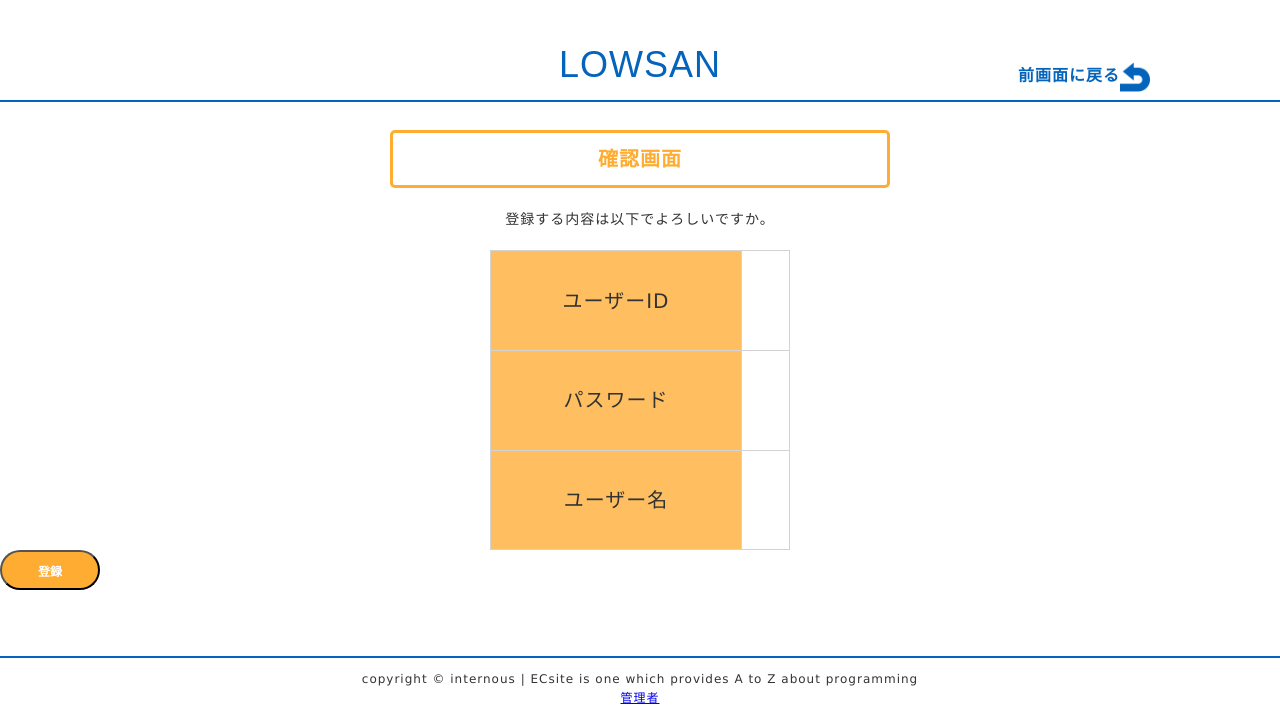
Repository: nishimura0212/myECsite
Page: http://localhost/ecsite/userCreateConfirm.jsp
The author's editor kept a copy of each file at every save. The page is drawn from the files as they stood at one save, then again after the next save.
The browser window is 1280 px wide. The pictures show the whole page.
The page is served by Tomcat 9. Other server files are loaded and not shown.

Above is the page before, as saved 2019-01-19 10:03:50.

### ecsite/WebContent/userCreateConfirm.jsp
<%@ page language="java" contentType="text/html; charset=UTF-8"
    pageEncoding="UTF-8"%>
<%@ taglib prefix="s" uri="/struts-tags" %>
<!DOCTYPE html>
<html>
<head>
<meta http-equiv="Content-Type" content="text/html; charset=UTF-8"/>
<meta http-equiv="Content-Script-Type" content="text/javascript"/>
<meta http-equiv="imagetoolbar" content="no"/>
<meta name="description" content=""/>
<meta name="keywords" content=""/>
<title>確認画面</title>
<link rel="stylesheet" type="text/css" href="css/style.css">
</head>
<body>
	<div id="header">
		<p>LOWSAN</p>
		<div id="header-icon">
			<ul>
				<li class="icon">
					<a href="UserCreateAction">
					前画面に戻る<img src="./img/icon/back.png" width="30px" height="30px">
					</a>
				</li>
			</ul>
		</div>
	</div>
	<div id="main">
		<div id="top">
			<p>確認画面</p>
		</div>
		<div>
			<div class="comment">登録する内容は以下でよろしいですか。</div>
<!-- 			<div class="center-new"> -->
				<s:form action="UserCreateCompleteAction">
					<table class="center-new">
						<tr>
							<td class="td-left"><label>ユーザーID</label></td>
							<td class="td-right"><s:property value="loginUserId" escape="false" /></td>
						</tr>
						<tr>
							<td class="td-left"><label>パスワード</label></td>
							<td class="td-right"><s:property value="loginPassword" escape="false" /></td>
						</tr>
						<tr>
							<td class="td-left"><label>ユーザー名</label></td>
							<td class="td-right"><s:property value="userName" escape="false" /></td>
						</tr>
					</table>
					<div>
						<input type="button" value="登録" class="single_btn" />
					</div>
				</s:form>
<!-- 			</div> -->
		</div>
	</div>
	<div id="footer">
		<p>copyright &copy; internous | ECsite is one which provides A to Z about programming<br/>
		<a href = '<s:url action="AdminAction"/>'>管理者</a></p>
	</div>

</body>
</html>

### ecsite/WebContent/css/style.css
@CHARSET "UTF-8";

/* bodyレイアウト */
body{
	margin: 0;
	padding: 0;
	height: 100%;
	height: auto;
	line-height: 1.6;
	letter-spacing: 1px;
	font-family: Verdana,Helvetica,sans-serif;
	font-size: 12px;
	color: #333;
	background: #fff;
}

/* headerレイアウト */
#header{
	position: fixed;
	left: 0;
	top: 0;
	z-index: 2;
	width: 100%;
	height: 100px;
	text-align: center;
	background-color: #fff;
	border-bottom: 2px solid #0464bb;
}
#header p{
	color: #0464bb;
	font-family: "メイリオ",sans-serif;
	font-size: 36px;
}
#header-icon{
	position: absolute;
	top: 50px;
	right: 100px;
}
#header-icon .icon{
	float: left;
	margin: 0 auto;
	margin-right: 30px;
	list-style-type: none;
	font-size: 16px;
	font-weight: bold;
}
#header-icon .icon img{
	clear: both;
	vertical-align: middle;
}
#header-icon .icon a{
	color: #0464bb;
	text-decoration:none;
}
.icon:hover{
	cursor: pointer;
}

/* mainレイアウト */
#main{
	position: relative;
	top: 110px;
	width: 100%;
	padding-bottom: 60px;
}

.waku{
	margin-top: 50px;
}

/* 見出しレイアウト */
#top{
	width: 500px;
	margin: 0px auto;
	margin-top: 10px;
	text-align: center;
}
#top p{
	font-size: 20px;
	font-weight: bold;
	border: 3px solid #FFAD32;
	border-radius: 5px;
	color: #FFAD32;
	background-color: #fff;
	padding: 10px 0px;
}

/* tableレイアウト */
.table{
	margin: 0 auto;
	width: 800px;
	font-size: 24px;
	padding: 40px 30px 50px 20px;
	background-color: #FFFDEB;
	color: #FFAD32;
	border-radius: 10px;
}

/* ログイン画面 */
.textarea{
	width: 100%;
	height: 30px;
	font-size: 22px;
	padding-left: 1%;
	border-radius: 15px;
}
input[type="text"]:focus {
	border: 2px solid #FFD493;
	outline: 0;
}
input[type="password"]:focus {
	border: 2px solid #FFD493;
	outline: 0;
}
.error{
	margin: 0 auto;
	width: 500px;
	text-align: center;
}
.error p{
	color: #FF5151;
	font-size: 14px;
}
.single{
	margin-top: 20px;
	text-align: center;
	padding: 20px;
}
.single_btn{
	width: 100px;
	height: 40px;
	padding: 5px;
	background-color: #FFAD32;
	font-size: 12px;
	font-weight: bold;
	color: white;
	border-color: none;
	border-radius: 20px;
}
.single_btn:hover{
	background-color: #F99500;
	cursor: pointer;
}

/* 会員画面 */
.comment{
	text-align: center;
	font-size: 14px;
}
.main-text{
	text-align: center;
	margin-top: 10px;
}
.userButton{
	margin-top: 20px;
	width: 300px;
	height: 100px;
	color: #FFFDEB;
	font-size: 24px;
	background-color: #FFAD32;
	border-radius: 20px;
}
.userButton:hover{
	cursor: pointer;
	background-color: #F99500;
}

/* カテゴリ選択画面 */
.categoryBox{
	margin: 0 auto;
	margin-top: 30px;
	width: 600px;
	text-align: center;
}
.category{
	margin: 0 auto;
	display: inline-block;
	text-align: center;
}
.categoryCircle{
	margin: 0 auto;
	float: left;
}
.circle{
	width: 200px;
	height: 200px;
	margin: 0px 20px 10px 20px;
	border-radius: 50%;
	font-size: 30px;
	border: 5px solid #FFBF60;
	background-color: #FFFDEB;
}
.circle:hover{
	background-color: #FFBF60;
	color: #FFFDEB;
	border: none;
	cursor: pointer;
}
#empty{
	clear: both;
}

/* 商品選択画面 */
.item-wrap{
	width: 700px;
	margin: 30px auto;
	height: 100%;
	padding-bottom: 60px;
}
.itemBox{
	width: 300px;
	height: 250px;
	text-align: center;
	border: 2px dotted gray;
	margin: 20px 20px 20px 20px;
	background-color: #f9fcb6;
}
.itemBox img{
	width: 250px;
	height: 250px;
}
.itemName{
	margin: 0;
	font-size: 15px;
}
.flex-container{
	display: inline-flex;
}

/* 商品購入画面 */
.containerA{
	margin: 0 auto;
	margin-top: 20px;
	margin-right: 50px;
	text-align: center;
}
.left{
	width: 300px;
	height: 300px;
}
.left img{
	width: 100%;
}
.right{
	height: 300px;
	font-size: 20px;
	margin-top: 30px;
	border-collapse: collapse;
}
.td-left{
	text-align: center;
	background-color: #FFBF60;
	border: 1px solid lightgray;
}
.td-right{
	text-align: left;
	padding: 0px 10px;
	border: 1px solid lightgray;
}
.td-submit{
	background-color: #fff;
}
.select{
	width: 50px;
	font-size: 20px;
}
.select:hover{
	cursor: pointer;
}
.block{
	width: 100px;
	display: block;
}

/* 商品購入確認画面 */
.containerB{
	margin: 0 auto;
	margin-left: 150px;
	text-align: center;
}
.button{
	position: relative;
	top: 350px;
	right: 210px;
}
.gray_btn{
	width: 100px;
	height: 40px;
	padding: 5px;
	background-color: #808080;
	font-size: 12px;
	font-weight: bold;
	color: white;
	border-color: none;
	border-radius: 20px;
}
.gray_btn:hover{
	background-color: #666666;
	cursor: pointer;
}

/* 商品購入完了画面 */
.center{
	width: 400px;
	margin: 0 auto;
	margin-top: 50px;
}
.comment p{
	height: 50px;
	line-height: 50px;
	font-size: 16px;
	border: 2px solid gray;
	border-radius: 5px;
}

/* 商品購入履歴画面 */
.history-table{
	margin:0 auto;
	font-size: 16px;
	border-collapse: collapse;
	border: 1px solid lightgray;
	text-align: center;
}
.history-table th{
	border: 1px solid lightgray;
}
.history-table td,.td-img{
	border: 1px solid lightgray;
}
.history-table tr:first-child{
	background-color: #FFBF60;
}
.td-img img{
	width: 100px;
	height: 100px;
}

/* 商品購入画面 */
.pay-method{
	text-align: center;
	font-size: 14px;
}
.pay-method h4{
	margin: 0 auto;
	margin-top: 20px;
	width: 300px;
	border: 2px solid #FFAD32;
	border-radius: 5px;
}

/* 新規会員登録確認画面 */
.center-new{
	margin: 0 auto;
	margin-top: 20px;
	width: 300px;
	height: 300px;
	text-align: center;
	font-size: 20px;
	border-collapse: collapse;
}



.buy-item-button{
	margin: 20px;
	width: 100px;
	height: 50px;
	background-color: #eee;
	border-radius: 20%;
}
.buy-item-button:hover{
	cursor: pointer;
	background-color: #f9fcb6;
}
.pointer:hover{
	cursor: pointer;
}
.button1{
	margin: 0 20px auto;
	float: left;
}
.submit{
	width: 300px;
	height: 400px;
	border-radius: 10%;
	background-color: #f8f8f8;
	font-size: 30px;
}
.submit:hover{
	box-shadow: none;
	background-color: #ffff80;
	cursor: pointer;
}
#text-link{
	display: inline-block;
	text-align: right;
}
#text-right{
	display: inline-block;
	text-align: right;
}
.text-right{
	display: inline-block;
	margin-left: 4%;
}
#wrap{
	margin: 0 40% auto;
}
#left{
	float: left;
	width: 50%;
}
#right{
	float: left;
	width: 50%;
}
.text-center{
	display: inline-block;
	text-align: center;
}
#text{
	clear: left;
	padding-top: 20px;
	width: 780px;
	margin: 30px auto;
}
.text{
	text-align: center;
}
#list{
	border: 2px dotted gray;
	width: 500px;
	height: 100px;
	background-color: lightyellow;
	margin: 30px auto;
}
#list ul li{
	display: inline-block;
	list-style-type: none;
	margin-right: 2em;
}
#button{
	display: inline-block;
	text-align: center;
}
#empty{
	clear: both;
}
.button{
	margin: 0 auto;
	float: left;
	margin-right: 10px;
}
.button:hover{
	cursor: pointer;
}
.category_button{
	margin: 0 auto;
	float: left;
}
.item{
	width: 200px;
	height: 200px;
	margin: 0px 20px 10px 20px;
	border-radius: 50%;
	font-size: 30px;
}





/* footerレイアウト */
#footer{
	clear: both;
	position: fixed;
	left: 0;
	bottom: 0;
	z-index: 2;
	width: 100%;
	background-color: #fff;
	border-top: 2px solid #0464bb;
}
#footer p{
	text-align: center;
}

After the next save:
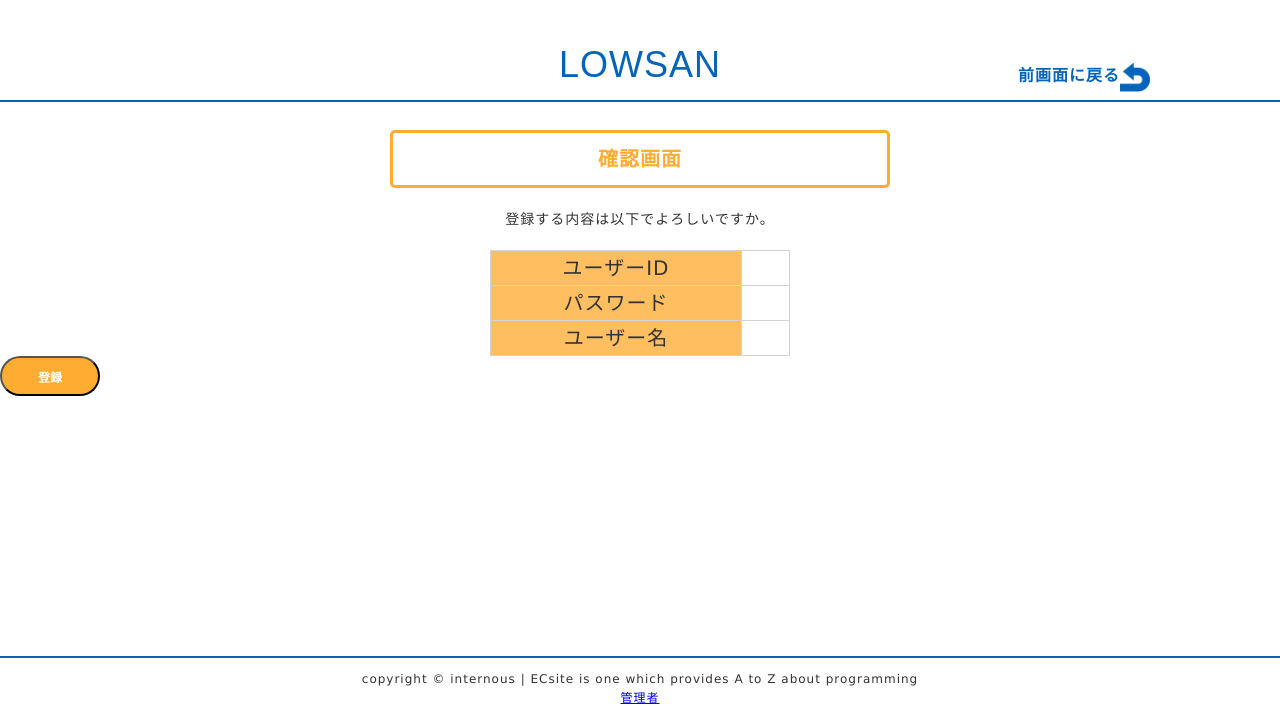
Saved 40 s later.
--- a/ecsite/WebContent/css/style.css
+++ b/ecsite/WebContent/css/style.css
@@ -353,7 +353,7 @@ input[type="password"]:focus {
 	margin: 0 auto;
 	margin-top: 20px;
 	width: 300px;
-	height: 300px;
+	height: 100px;
 	text-align: center;
 	font-size: 20px;
 	border-collapse: collapse;
